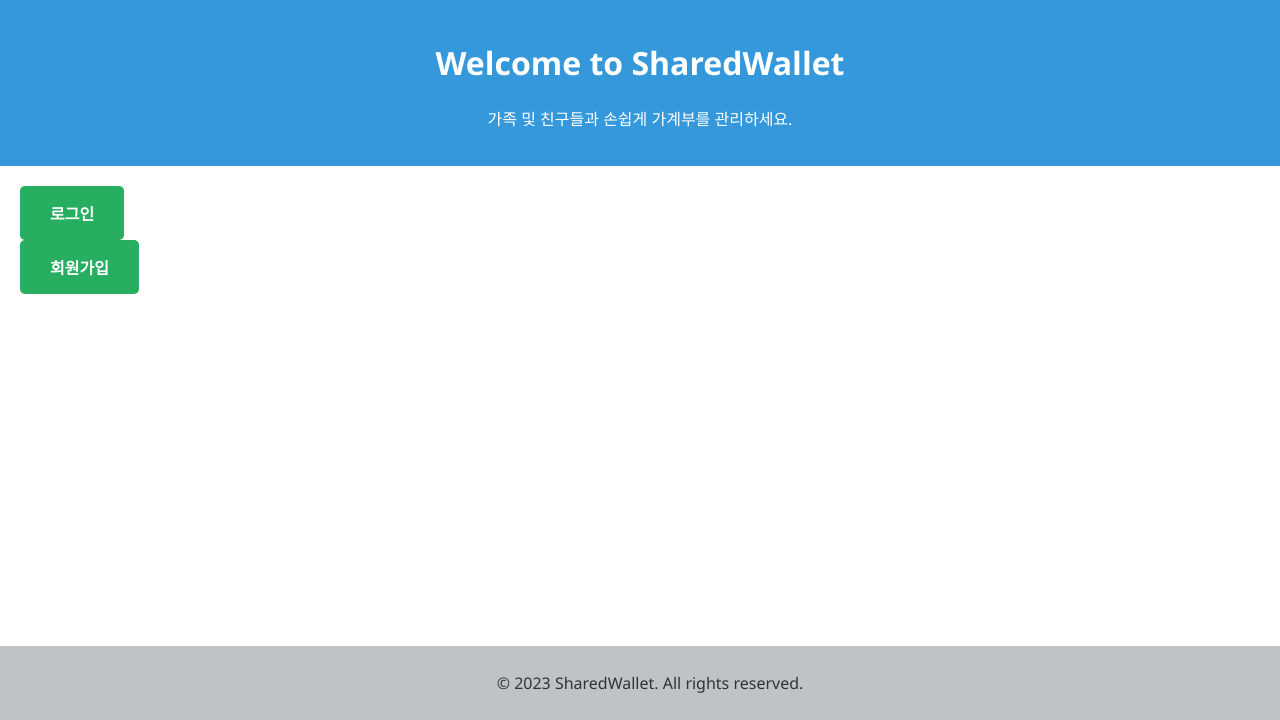
Repository: YoonHakyoung/SharedWallet
Page: http://localhost/Final_Exam/WEB-INF/views/home.jsp
An editor plug-in stored every save of this project. The page is shown before and after the next save, followed by the edit.
The browser window is 1280 px wide. The pictures show the whole page.
The page is served by Tomcat 9. Nobody is signed in. The template is opened directly, without the code that normally fills it, so the values that code supplies are empty.

Above is the page before, as saved 2023-12-08 13:27:00.

After the next save:
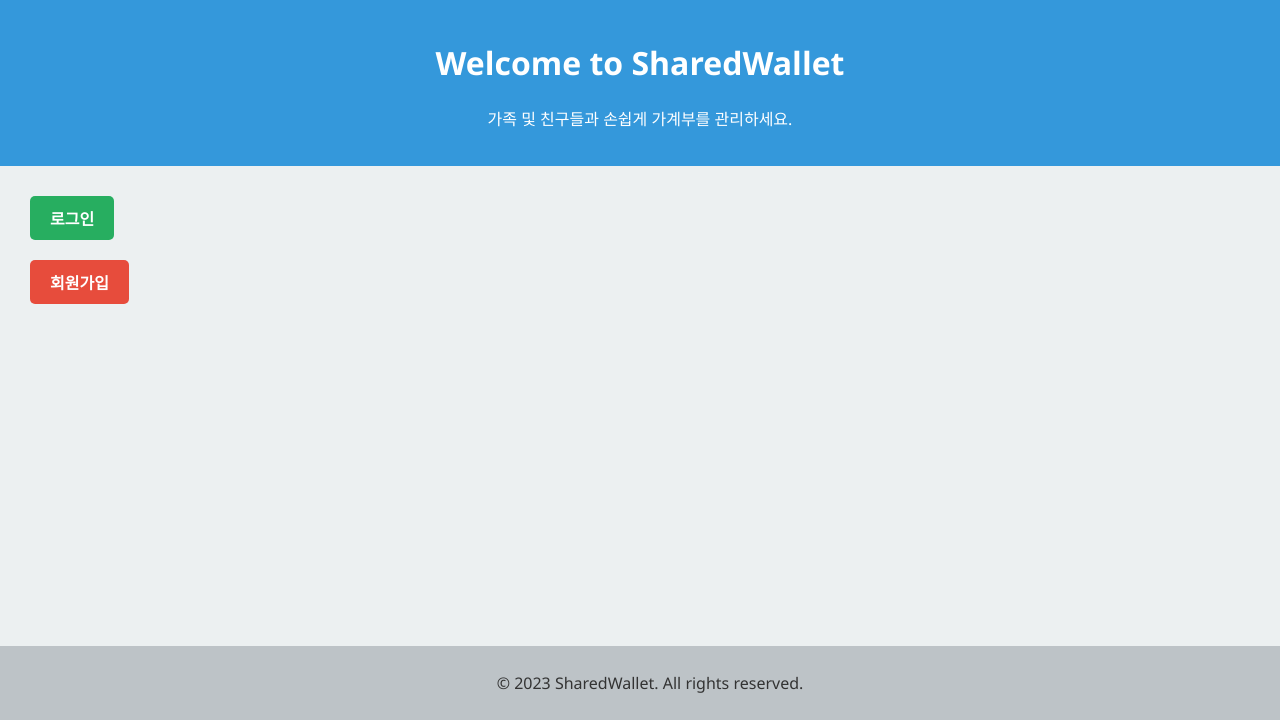
Saved 10 min 17 s later.
--- a/Spring/Project/Final Exam/src/main/webapp/resources/css/home.css
+++ b/Spring/Project/Final Exam/src/main/webapp/resources/css/home.css
@@ -1,11 +1,10 @@
-@charset "UTF-8";
-
 /* style.css */
 
 body {
     margin: 0;
     padding: 0;
     font-family: 'Segoe UI', Tahoma, Geneva, Verdana, sans-serif;
+    background-color: #ecf0f1;
 }
 
 header {
@@ -31,12 +30,20 @@ footer {
 
 a.button {
     display: inline-block;
-    padding: 15px 30px;
+    margin: 10px;
+    padding: 10px 20px;
     text-decoration: none;
     border-radius: 5px;
     font-weight: bold;
-    margin: 0 auto;
-    font-size: 16px;
+    text-align: center;
+}
+
+a.login {
     background-color: #27ae60;
     color: #fff;
 }
+
+a.signup {
+    background-color: #e74c3c;
+    color: #fff;
+}
